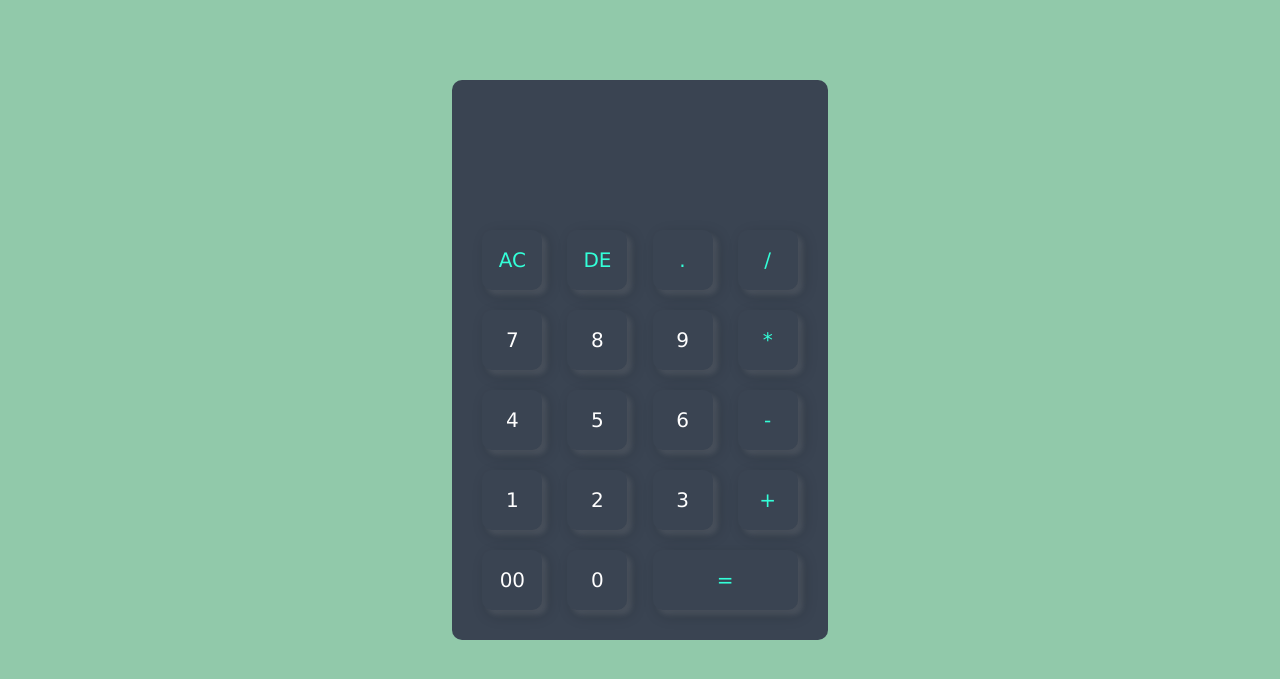
Repository: sirsky89/Simple-Calculator
Page: index.html
These files come from the project's save history. The page is drawn as it stood at one moment and after the next save; the edit follows.
The browser window is 1280 px wide. The pictures show the whole page.

Above is the page before, as saved 2023-01-14 10:15:24.

After the next save:
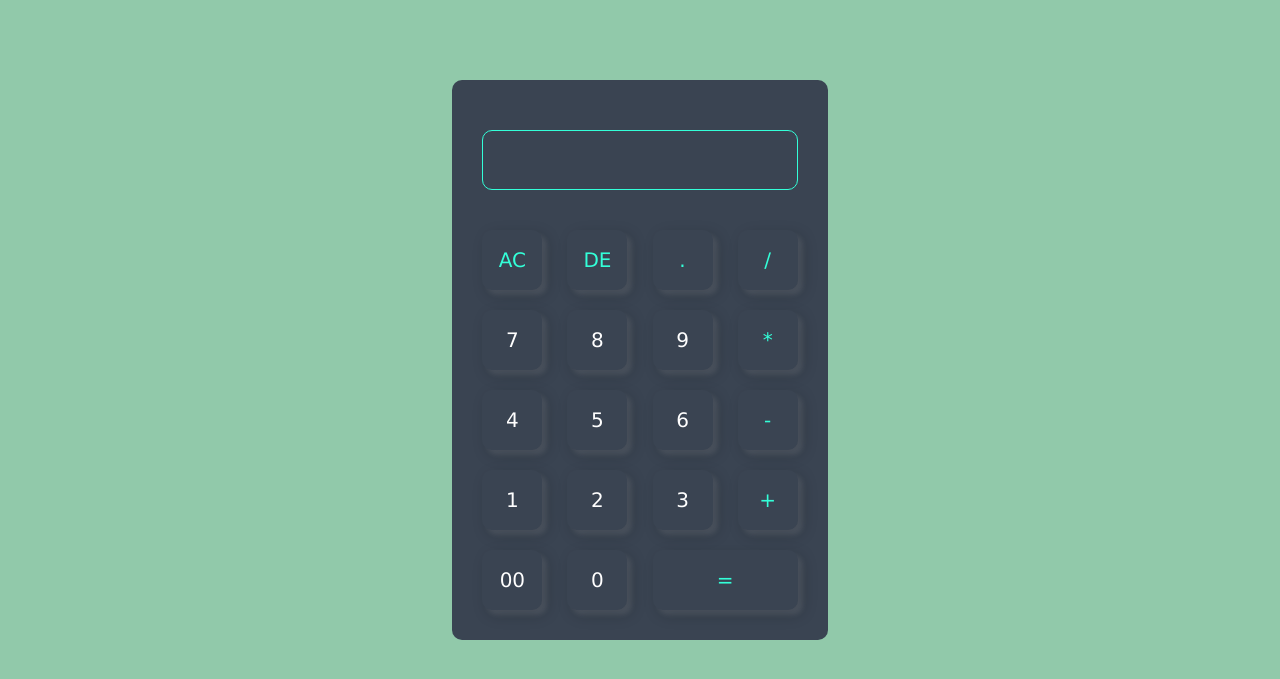
Saved 5 s later.
--- a/style.css
+++ b/style.css
@@ -49,7 +49,7 @@
   text-align: right;
   flex: 1;
   font-size: 45px;
-  border: 1px #33ffd8;
+  border: 1px solid #33ffd8;
   box-shadow: none;
 }
 

After the save that followed:
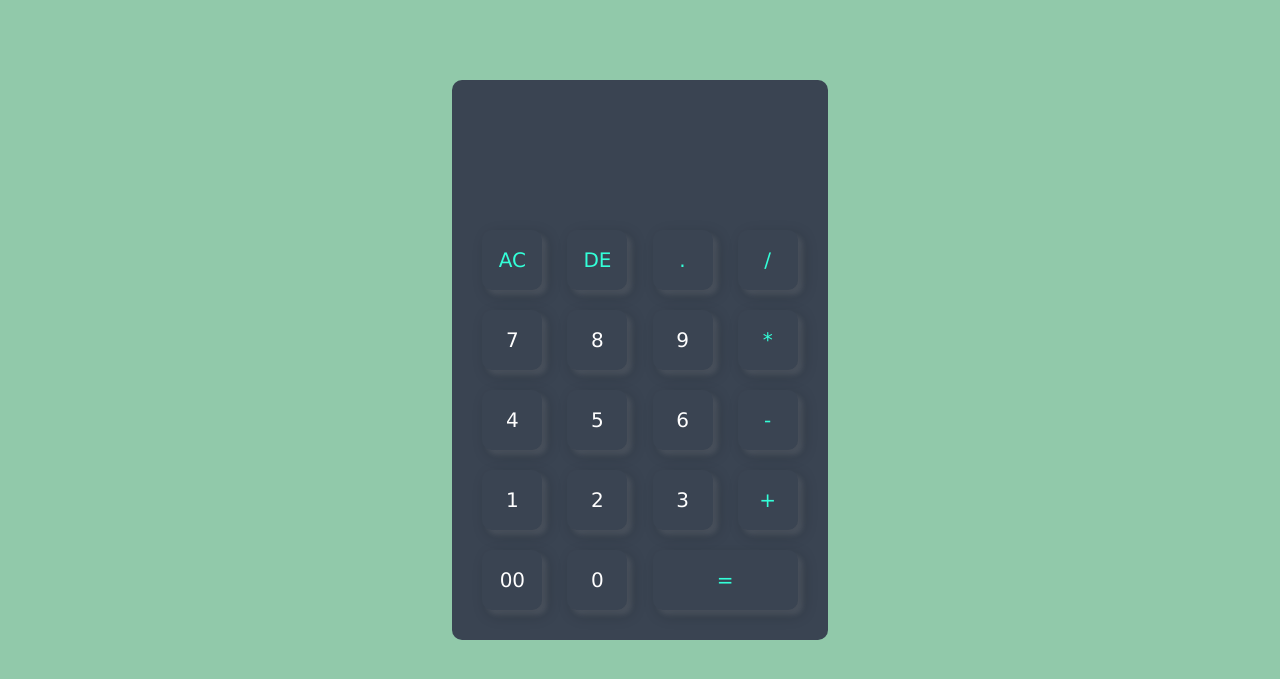
Saved 60 s later.
--- a/style.css
+++ b/style.css
@@ -49,7 +49,7 @@
   text-align: right;
   flex: 1;
   font-size: 45px;
-  border: 1px solid #33ffd8;
+
   box-shadow: none;
 }
 
